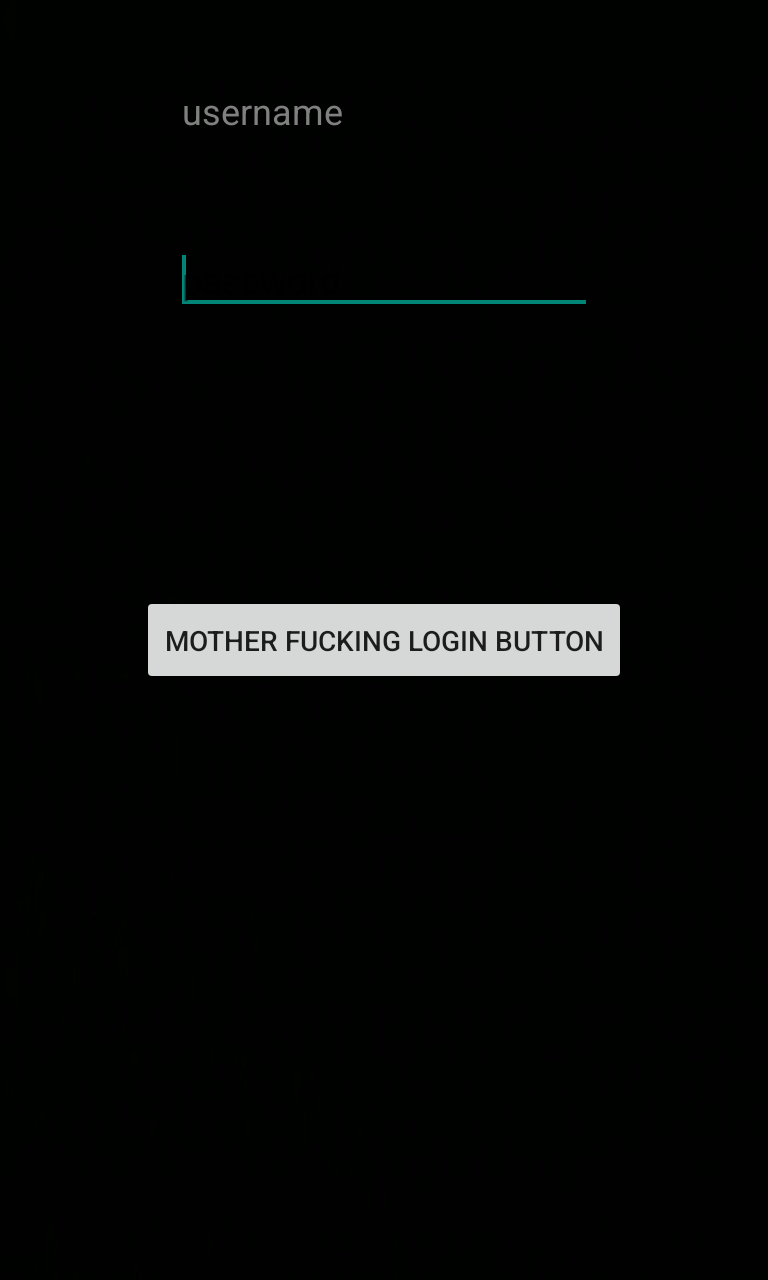
Repository: yuzhehu/workspace-androids
Layout: LoginAndPass/res/layout/activity_main.xml
The author's editor kept a copy of each file at every save. The layout is drawn from the files as they stood at one save, then again after the next save.
It is drawn on a 768 x 1280 px phone screen (xhdpi) without system bars, with theme AppTheme; the app's code is not run.

Above is the layout before, as saved 2014-09-12 03:19:52.

### LoginAndPass/res/layout/activity_main.xml
<RelativeLayout xmlns:android="http://schemas.android.com/apk/res/android"
    xmlns:tools="http://schemas.android.com/tools"
    android:layout_width="match_parent"
    android:layout_height="match_parent"
    android:paddingBottom="@dimen/activity_vertical_margin"
    android:paddingLeft="@dimen/activity_horizontal_margin"
    android:paddingRight="@dimen/activity_horizontal_margin"
    android:paddingTop="@dimen/activity_vertical_margin"
    android:background="@drawable/bgi"
    tools:context="com.example.loginandpass.MainActivity" >

    <EditText
        android:id="@+id/editText1"
        android:layout_width="wrap_content"
        android:layout_height="wrap_content"
        android:layout_alignParentTop="true"
        android:layout_centerHorizontal="true"
        android:layout_marginTop="17dp"
        android:ems="10"
        android:hint="username"
        android:textColor="@android:color/hint_foreground_holo_light"
        android:textColorHint="@android:color/hint_foreground_holo_light" />

    <EditText
        android:id="@+id/editText2"
        android:layout_width="wrap_content"
        android:layout_height="wrap_content"
        android:layout_below="@+id/editText1"
        android:layout_centerHorizontal="true"
        android:layout_marginTop="43dp"
        android:ems="10"
        android:hint="password"
        android:inputType="textPassword"
        android:textColor="@android:color/hint_foreground_holo_light" >

        <requestFocus />
    </EditText>

    <Button
        android:id="@+id/button1"
        android:layout_width="wrap_content"
        android:layout_height="wrap_content"
        android:layout_centerHorizontal="true"
        android:layout_centerVertical="true"
        android:text="MOTHER FUCKING LOGIN BUTTON" />

</RelativeLayout>

Loaded but not shown: LoginAndPass/res/values/styles.xml (common file); LoginAndPass/res/values-v11/styles.xml (common file); LoginAndPass/res/values-v14/styles.xml (common file); LoginAndPass/res/values/dimens.xml (common file); LoginAndPass/res/values-w820dp/dimens.xml (common file)

After the next save:
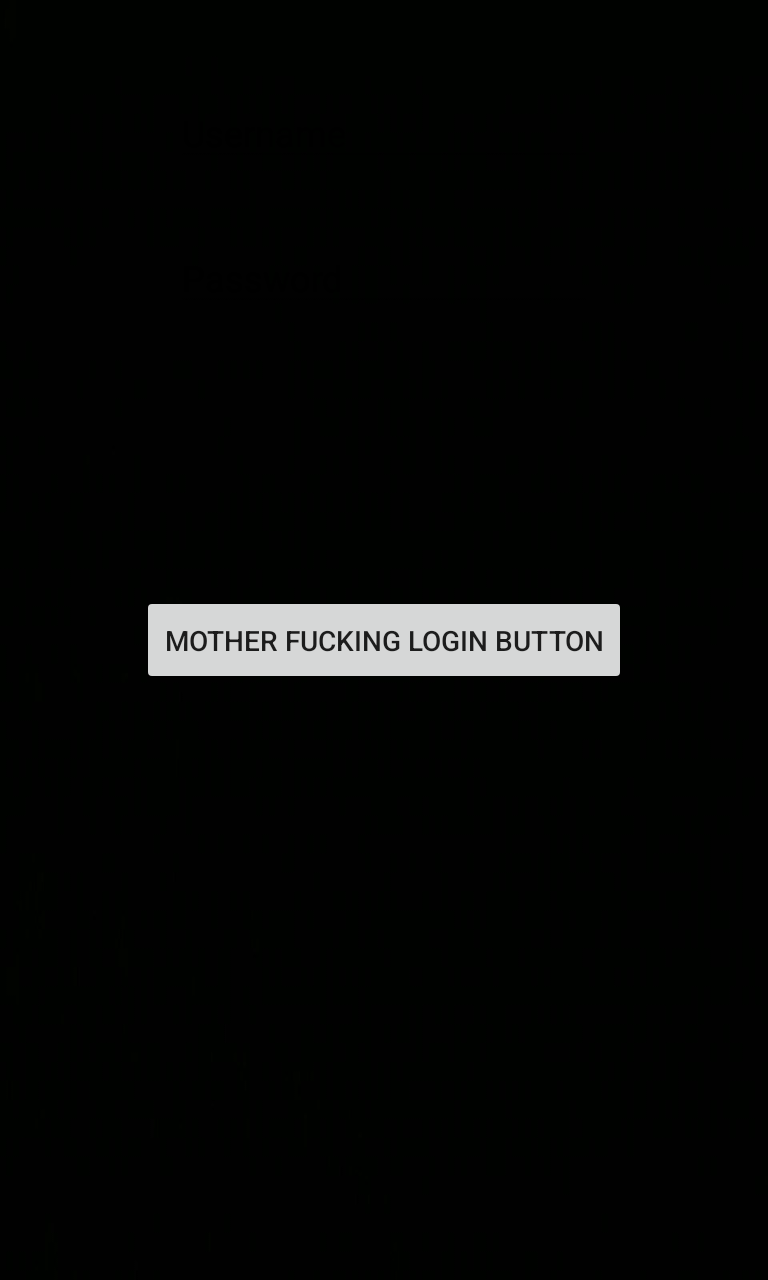
Saved 92 s later.
--- a/LoginAndPass/res/layout/activity_main.xml
+++ b/LoginAndPass/res/layout/activity_main.xml
@@ -9,33 +9,6 @@
     android:background="@drawable/bgi"
     tools:context="com.example.loginandpass.MainActivity" >
 
-    <EditText
-        android:id="@+id/editText1"
-        android:layout_width="wrap_content"
-        android:layout_height="wrap_content"
-        android:layout_alignParentTop="true"
-        android:layout_centerHorizontal="true"
-        android:layout_marginTop="17dp"
-        android:ems="10"
-        android:hint="username"
-        android:textColor="@android:color/hint_foreground_holo_light"
-        android:textColorHint="@android:color/hint_foreground_holo_light" />
-
-    <EditText
-        android:id="@+id/editText2"
-        android:layout_width="wrap_content"
-        android:layout_height="wrap_content"
-        android:layout_below="@+id/editText1"
-        android:layout_centerHorizontal="true"
-        android:layout_marginTop="43dp"
-        android:ems="10"
-        android:hint="password"
-        android:inputType="textPassword"
-        android:textColor="@android:color/hint_foreground_holo_light" >
-
-        <requestFocus />
-    </EditText>
-
     <Button
         android:id="@+id/button1"
         android:layout_width="wrap_content"
@@ -44,4 +17,25 @@
         android:layout_centerVertical="true"
         android:text="MOTHER FUCKING LOGIN BUTTON" />
 
+    <EditText
+        android:id="@+id/editText1"
+        android:layout_width="wrap_content"
+        android:layout_height="wrap_content"
+        android:layout_alignParentTop="true"
+        android:layout_centerHorizontal="true"
+        android:layout_marginTop="28dp"
+        android:ems="10"
+        android:hint="Username" />
+
+    <EditText
+        android:id="@+id/editText2"
+        android:layout_width="wrap_content"
+        android:layout_height="wrap_content"
+        android:layout_below="@+id/editText1"
+        android:layout_centerHorizontal="true"
+        android:layout_marginTop="31dp"
+        android:ems="10"
+        android:hint="Password"
+        android:inputType="textPassword" />
+
 </RelativeLayout>
